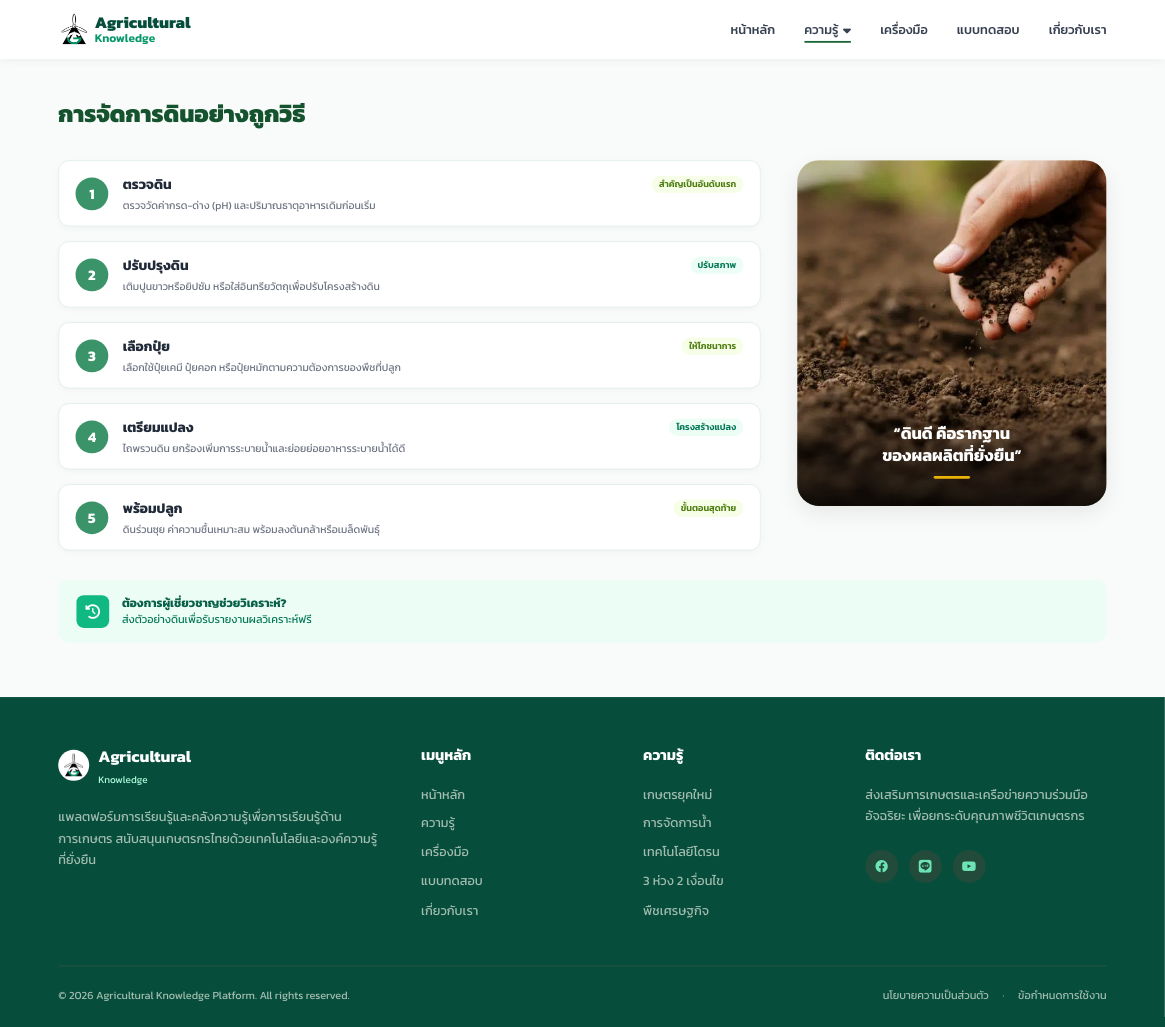
Repository: nuwat-wa/Project-WebdesignAG
Page: ag9.html
These files come from the project's save history. The page is drawn as it stood at one moment and after the next save; the edit follows.
The browser window is 1280 px wide. The pictures show the whole page, at 91% of full size.

Above is the page before, as saved 2026-10-03 21:56:23.

### ag9.html
<!doctype html>
<html lang="th">
  <head>
    <meta charset="UTF-8" />
    <meta name="viewport" content="width=device-width, initial-scale=1.0" />

    <title>การจัดการดินอย่างถูกวิธี - Agricultural Knowledge</title>

    <link
      rel="stylesheet"
      href="https://fonts.googleapis.com/css2?family=Kanit:wght@300;400;500;600;700;800&display=swap"
    />

    <link
      rel="stylesheet"
      href="https://cdnjs.cloudflare.com/ajax/libs/font-awesome/6.4.0/css/all.min.css"
    />

    <link rel="stylesheet" href="style/ag9.css" />
  </head>

  <body>
    <header class="header">
      <div class="logo">
        <div class="logo-icon">
          <img src="/img/icon.png" alt="icon" />
        </div>
        <div class="brand-text">
          <h1 class="title">Agricultural</h1>
          <span class="subtitle">Knowledge</span>
        </div>
      </div>

      <input type="checkbox" id="menu-toggle" class="menu-toggle" />

      <label for="menu-toggle" class="hamburger">
        <span></span>
        <span></span>
        <span></span>
      </label>

      <nav class="nav-links">
        <a href="index.html">หน้าหลัก</a>

        <div class="dropdown-hover">
          <a href="#" class="dropdown-btn active"
            >ความรู้ <i class="fa-solid fa-caret-down"></i
          ></a>

          <div class="menu-level1">
            <!-- มือใหม่ -->
            <div class="menu-item-has-children">
              <a href="#">มือใหม่ <i class="fa-solid fa-caret-right"></i></a>
              <div class="menu-level2">
                <a href="ag4.html">เกษตรสมัยใหม่</a>
                <a href="ag5.html">ปลูกข้าว</a>
                <a href="ag6.html">พืชสวน</a>
                <a href="ag7.html">พืชไร่</a>
                <a href="ag8.html">ปลูกผัก</a>
                <a href="ag9.html">การเตรียมดิน</a>
                <a href="#">การเลือกปุ๋ย</a>
                <a href="#">โรคศัตรูพืช</a>
              </div>
            </div>

            <!-- ผู้มีพื้นฐาน -->
            <div class="menu-item-has-children">
              <a href="#"
                >ผู้มีพื้นฐาน <i class="fa-solid fa-caret-right"></i
              ></a>
              <div class="menu-level2">
                <a href="#">เทคโนโลยีการเกษตร</a>
                <a href="#">การวางแผนการผลิต</a>
                <a href="#">AI / Big Data</a>
                <a href="ag10.html">ระบบน้ำอัจฉริยะ</a>
                <a href="#">การจัดการต้นทุน</a>
              </div>
            </div>

            <a href="ag3.html">หลักการพอเพียง</a>
            <a href="#">เรื่องเล่า</a>
            <a href="#">บทความ</a>
          </div>
        </div>

        <a href="#">เครื่องมือ</a>
        <a href="#">แบบทดสอบ</a>
        <a href="ag2.html">เกี่ยวกับเรา</a>
      </nav>
    </header>

    <!-- main -->
    <main class="main-content">
      <div class="container">
        <div class="content-card">
          <h1 class="main-title">การจัดการดินอย่างถูกวิธี</h1>

          <div class="grid-layout">
            <!-- steps -->
            <div class="steps-timeline">
              <div class="step-item">
                <div class="step-number num-green">1</div>

                <div class="step-box">
                  <div class="step-header">
                    <h3 class="step-title">ตรวจดิน</h3>
                    <span class="step-badge badge-light-green">
                      สำคัญเป็นอันดับแรก
                    </span>
                  </div>

                  <p class="step-desc">
                    ตรวจวัดค่ากรด-ด่าง (pH) และปริมาณธาตุอาหารเดิมก่อนเริ่ม
                  </p>
                </div>
              </div>

              <div class="step-item">
                <div class="step-number num-green">2</div>

                <div class="step-box">
                  <div class="step-header">
                    <h3 class="step-title">ปรับปรุงดิน</h3>
                    <span class="step-badge badge-green"> ปรับสภาพ </span>
                  </div>

                  <p class="step-desc">
                    เติมปูนขาวหรือยิปซัม
                    หรือใส่อินทรียวัตถุเพื่อปรับโครงสร้างดิน
                  </p>
                </div>
              </div>

              <div class="step-item">
                <div class="step-number num-green">3</div>

                <div class="step-box">
                  <div class="step-header">
                    <h3 class="step-title">เลือกปุ๋ย</h3>
                    <span class="step-badge badge-light-green"> ให้โภชนาการ </span>
                  </div>

                  <p class="step-desc">
                    เลือกใช้ปุ๋ยเคมี ปุ๋ยคอก
                    หรือปุ๋ยหมักตามความต้องการของพืชที่ปลูก
                  </p>
                </div>
              </div>

              <div class="step-item">
                <div class="step-number num-green">4</div>

                <div class="step-box">
                  <div class="step-header">
                    <h3 class="step-title">เตรียมแปลง</h3>
                    <span class="step-badge badge-green"> โครงสร้างแปลง </span>
                  </div>

                  <p class="step-desc">
                    ไถพรวนดิน
                    ยกร้องเพิ่มการระบายน้ำและย่อยย่อยอาหารระบายน้ำได้ดี
                  </p>
                </div>
              </div>

              <div class="step-item">
                <div class="step-number num-green">5</div>

                <div class="step-box">
                  <div class="step-header">
                    <h3 class="step-title">พร้อมปลูก</h3>
                    <span class="step-badge badge-light-green">
                      ขั้นตอนสุดท้าย
                    </span>
                  </div>

                  <p class="step-desc">
                    ดินร่วนซุย ค่าความชื้นเหมาะสม พร้อมลงต้นกล้าหรือเมล็ดพันธุ์
                  </p>
                </div>
              </div>
            </div>

            <!-- image -->
            <div class="image-banner">
              <img src="img/dinn.png" alt="การจัดการดิน" />

              <div class="banner-overlay">
                <p class="banner-quote">
                  “ดินดี คือรากฐาน<br />
                  ของผลผลิตที่ยั่งยืน”
                </p>

                <div class="quote-line"></div>
              </div>
            </div>
          </div>

          <!-- callout -->
          <div class="callout-banner">
            <div class="callout-icon">
              <i class="fa-solid fa-clock-rotate-left"></i>
            </div>

            <div class="callout-text">
              <strong class="callout-title">
                ต้องการผู้เชี่ยวชาญช่วยวิเคราะห์?
              </strong>

              <span class="callout-sub">
                ส่งตัวอย่างดินเพื่อรับรายงานผลวิเคราะห์ฟรี
              </span>
            </div>
          </div>
        </div>
      </div>
    </main>

    <!-- footer -->
    <footer class="site-footer">
      <div class="footer-top">
        <div class="footer-about">
          <div class="footer-logo">
            <span class="footer-logo-icon"
              ><img src="img/icon.png" alt="icon"
            /></span>

            <div>
              <strong>Agricultural</strong>
              <small>Knowledge</small>
            </div>
          </div>

          <p>
            แพลตฟอร์มการเรียนรู้และคลังความรู้เพื่อการเรียนรู้ด้านการเกษตร
            สนับสนุนเกษตรกรไทยด้วยเทคโนโลยีและองค์ความรู้ที่ยั่งยืน
          </p>
        </div>

        <div class="footer-column">
          <h3>เมนูหลัก</h3>

          <ul>
            <li><a href="home.html">หน้าหลัก</a></li>
            <li><a href="knowledge.html">ความรู้</a></li>
            <li><a href="tools.html">เครื่องมือ</a></li>
            <li><a href="quiz.html">แบบทดสอบ</a></li>
            <li><a href="about.html">เกี่ยวกับเรา</a></li>
          </ul>
        </div>

        <div class="footer-column">
          <h3>ความรู้</h3>

          <ul>
            <li><a href="modern-farming.html">เกษตรยุคใหม่</a></li>
            <li><a href="water.html">การจัดการน้ำ</a></li>
            <li><a href="drone.html">เทคโนโลยีโดรน</a></li>
            <li><a href="sufficiency.html">3 ห่วง 2 เงื่อนไข</a></li>
            <li><a href="crops.html">พืชเศรษฐกิจ</a></li>
          </ul>
        </div>

        <div class="footer-contact">
          <h3>ติดต่อเรา</h3>

          <p>
            ส่งเสริมการเกษตรและเครือข่ายความร่วมมืออัจฉริยะ
            เพื่อยกระดับคุณภาพชีวิตเกษตรกร
          </p>

          <div class="footer-social">
            <a href="#" aria-label="Facebook"
              ><i class="fa-brands fa-facebook"></i
            ></a>
            <a href="#" class="social-line" aria-label="LINE"
              ><i class="fa-brands fa-line"></i
            ></a>
            <a href="#" aria-label="YouTube"
              ><i class="fa-brands fa-youtube"></i
            ></a>
          </div>
        </div>
      </div>

      <div class="footer-bottom">
        <p>© 2026 Agricultural Knowledge Platform. All rights reserved.</p>

        <div class="footer-policy">
          <a href="privacy.html">นโยบายความเป็นส่วนตัว</a>
          <span>·</span>
          <a href="terms.html">ข้อกำหนดการใช้งาน</a>
        </div>
      </div>
    </footer>
  </body>
</html>

### style/ag9.css
@import url("https://fonts.googleapis.com/css2?family=Kanit:wght@300;400;500;600;700;800&display=swap");

* {
  margin: 0;
  padding: 0;
  box-sizing: border-box;
  font-family: "Kanit", sans-serif;
}

html {
  scroll-behavior: smooth;
  scrollbar-width: none;
}

html::-webkit-scrollbar {
  display: none;
}

body {
  background: #f8fbf9;
  color: #111827;
  overflow-x: hidden;
}

/* header */
.header {
  position: fixed;
  top: 0;
  left: 0;
  z-index: 1000;
  width: 100%;
  height: 65px;
  padding: 0 5%;
  background: #fff;
  display: flex;
  align-items: center;
  justify-content: space-between;
  box-shadow: 0 2px 10px rgba(0, 0, 0, 0.05);
}

.logo {
  display: flex;
  align-items: center;
  gap: 5px;
}

.logo-icon img {
  width: 35px;
  height: 35px;
  display: flex;
  align-items: center;
  justify-content: center;
}

.brand-text {
  display: flex;
  flex-direction: column;
}

.title {
  color: #064e3b;
  font-size: 18px;
  font-weight: 800;
  line-height: 0.95;
}

.subtitle {
  margin-top: 2px;
  color: #059669;
  font-size: 13px;
  font-weight: 600;
  line-height: 1.1;
}

/* nav */
.nav-links {
  display: grid;
  grid-template-columns: repeat(5, auto);
  align-items: center;
  justify-content: end;
  gap: 32px;
}

.nav-links > a,
.dropdown-btn {
  position: relative;
  display: inline-flex;
  align-items: center;
  justify-content: center;
  gap: 5px;
  margin: 0;
  padding: 4px 0;
  border: 0;
  background: none;
  color: #374151;
  text-decoration: none;
  font-family: "Kanit", sans-serif;
  font-size: 14px;
  font-weight: 500;
  white-space: nowrap;
  cursor: pointer;
  transition: color 0.2s;
}

.nav-links > a::after,
.dropdown-btn::after {
  content: "";
  position: absolute;
  left: 0;
  bottom: 0;
  width: 100%;
  height: 2px;
  background: #196738;
  transform: scaleX(0);
  transform-origin: center;
  transition: transform 0.2s ease;
}

.nav-links > a:hover,
.nav-links > a.active,
.dropdown-btn:hover {
  color: #2d6a4f;
}

.nav-links > a:hover::after,
.nav-links > a.active::after,
.dropdown-btn:hover::after {
  transform: scaleX(1);
}

.dropdown-hover .dropdown-btn.active::after {
  transform: scaleX(1);
}

/* dropdown */
.dropdown-hover {
  position: relative;
}

.menu-level1,
.menu-level2 {
  position: absolute;
  display: none;
  min-width: 180px;
  padding: 0;
  background: #fff;
  border-radius: 8px;
  box-shadow: 0 4px 12px rgba(0, 0, 0, 0.15);
}

.menu-level1 {
  top: 100%;
  left: 0;
  border-left: 4px solid #2d6a4f;
}

.menu-level2 {
  top: 0;
  left: 100%;
  border-left: 4px solid #28a745;
}

.dropdown-hover:hover > .menu-level1,
.menu-item-has-children:hover > .menu-level2 {
  display: block;
}

.menu-item-has-children {
  position: relative;
}

.menu-level1 a,
.menu-level2 a {
  width: 100%;
  margin: 0 !important;
  padding: 10px 20px !important;
  display: flex !important;
  align-items: center;
  justify-content: space-between;
  color: #333;
  text-decoration: none;
  border-radius: 8px;
}

.menu-level1 a:hover,
.menu-level2 a:hover {
  background: #f0f4f8;
  color: #2d6a4f;
}

/* mobile menu */
.menu-toggle {
  display: none;
}

.hamburger {
  display: none;
}

/* main */
.main-content {
  width: 100%;
  padding: 105px 5% 60px;
}

.container {
  width: 100%;
  margin: 0;
}

/* ไม่มีกล่องขาวแล้ว: เนื้อหาวางบนพื้นหลังเพจโดยตรง */
.content-card {
  width: 100%;
}

.main-title {
  margin-bottom: 32px;
  color: #14532d;
  font-size: 26px;
  font-weight: 800;
}

/* content grid */
.grid-layout {
  display: grid;
  grid-template-columns: minmax(0, 1fr) 340px;
  gap: 40px;
  align-items: start;
}

/* steps */
.steps-timeline {
  display: flex;
  flex-direction: column;
  gap: 16px;
}

.step-item {
  display: flex;
  align-items: center;
  gap: 16px;
  padding: 14px 18px;
  background: #fff;
  border: 1px solid #e3efe7;
  border-radius: 12px;
  box-shadow: 0 2px 8px rgba(0, 0, 0, 0.03);
}

.step-number {
  width: 36px;
  height: 36px;
  flex-shrink: 0;
  border-radius: 50%;
  color: #fff;
  display: flex;
  align-items: center;
  justify-content: center;
  font-size: 16px;
  font-weight: 700;
}

.num-green {
  background: #3b9369;
}

.step-box {
  flex: 1;
  min-width: 0;
}

.step-header {
  display: flex;
  align-items: center;
  justify-content: space-between;
  gap: 10px;
  margin-bottom: 4px;
}

.step-title {
  color: #1f2937;
  font-size: 15px;
  font-weight: 700;
}

.step-badge {
  padding: 2px 8px;
  border-radius: 10px;
  font-size: 10px;
  font-weight: 600;
  white-space: nowrap;
}

.badge-light-green {
  background: #f7fee7;
  color: #4d7c0f;
}

.badge-green {
  background: #ecfdf5;
  color: #047857;
}

.step-desc {
  color: #6b7280;
  font-size: 11.5px;
  line-height: 1.4;
}

/* image */
.image-banner {
  position: relative;
  width: 100%;
  height: 380px;
  overflow: hidden;
  border-radius: 24px;
  box-shadow: 0 8px 24px rgba(0, 0, 0, 0.08);
}

.image-banner img {
  width: 100%;
  height: 100%;
  display: block;
  object-fit: cover;
}

.banner-overlay {
  position: absolute;
  right: 0;
  bottom: 0;
  left: 0;
  padding: 30px 24px;
  background: linear-gradient(to top, rgba(0, 0, 0, 0.8), rgba(0, 0, 0, 0));
  display: flex;
  flex-direction: column;
  align-items: center;
  text-align: center;
}

.banner-quote {
  color: #fff;
  font-size: 18px;
  font-weight: 700;
  line-height: 1.4;
}

.quote-line {
  width: 40px;
  height: 3px;
  margin-top: 10px;
  border-radius: 2px;
  background: #eab308;
}

/* callout */
.callout-banner {
  margin-top: 32px;
  padding: 16px 20px;
  display: flex;
  align-items: center;
  gap: 14px;
  background: #ecfdf5;
  border-radius: 12px;
}

.callout-icon {
  width: 36px;
  height: 36px;
  flex-shrink: 0;
  border-radius: 8px;
  background: #10b981;
  color: #fff;
  display: flex;
  align-items: center;
  justify-content: center;
}

.callout-text {
  display: flex;
  flex-direction: column;
}

.callout-title {
  color: #065f46;
  font-size: 13px;
  font-weight: 700;
}

.callout-sub {
  color: #047857;
  font-size: 12px;
}

/* footer */
.site-footer {
  width: 100%;
  padding: 50px 5% 25px;
  background: #064e3b;
  color: #a4bdb0;
  font-size: 14px;
  line-height: 1.7;
}

.site-footer a {
  color: #a4bdb0;
  text-decoration: none;
}

.site-footer a:hover {
  color: #65dfb0;
}

.footer-top,
.footer-bottom {
  width: 100%;
  margin: 0;
}

.footer-top {
  display: flex;
  justify-content: space-between;
  gap: 45px;
}

.footer-about {
  flex: 1.6;
}

.footer-column {
  flex: 0.9;
}

.footer-contact {
  flex: 1.2;
}

.footer-logo {
  display: flex;
  align-items: center;
  gap: 10px;
  margin-bottom: 20px;
}

.footer-logo-icon {
  width: 34px;
  height: 34px;
  display: flex;
  align-items: center;
  justify-content: center;
  background: white;
  border-radius: 50%;
  font-size: 20px;
}

.footer-logo-icon img {
  width: 26px;
  height: 26px;
  display: flex;
  align-items: center;
  justify-content: center;
}

.footer-logo strong {
  display: block;
  color: white;
  font-size: 18px;
}

.footer-logo small {
  display: block;
  color: #b3ffe1;
  font-size: 11px;
}

.site-footer h3 {
  margin-bottom: 18px;
  color: #fff;
  font-size: 16px;
}

.site-footer ul {
  padding: 0;
  list-style: none;
}

.site-footer li {
  margin-bottom: 8px;
}

.footer-social {
  display: flex;
  gap: 12px;
  margin-top: 25px;
}

.footer-social a {
  width: 36px;
  height: 36px;
  border-radius: 50%;
  background: #224b3b;
  color: #6ce4b6 !important;
  display: flex;
  align-items: center;
  justify-content: center;
}

.footer-bottom {
  display: flex;
  align-items: center;
  justify-content: space-between;
  gap: 20px;
  margin-top: 40px;
  padding-top: 22px;
  border-top: 1px solid #2b5140;
  font-size: 12px;
}

.footer-policy {
  display: flex;
  gap: 15px;
}

/* responsive */
@media (max-width: 768px) {

  .header {
    height: 60px;
    padding: 0 5%;
  }

  .logo {
    gap: 5px;
  }

  .logo-icon img {
    width: 30px;
    height: 30px;
  }

  .title {
    font-size: 15px;
  }

  .subtitle {
    margin-top: 1px;
    font-size: 10px;
  }

  .hamburger {
    display: flex;
    width: 28px;
    height: 22px;
    cursor: pointer;
    flex-direction: column;
    justify-content: space-between;
  }

  .hamburger span {
    width: 100%;
    height: 2px;
    border-radius: 3px;
    background: #194028;
  }

  .nav-links {
    position: absolute;
    top: 60px;
    left: 0;
    right: 0;
    width: 100%;
    padding: 12px 5%;
    display: none;
    flex-direction: column;
    align-items: stretch;
    justify-content: flex-start;
    gap: 0;
    background: #ffffff;
    box-shadow: 0 8px 20px rgba(0, 0, 0, 0.08);
  }

  .menu-toggle:checked ~ .nav-links {
    display: flex;
  }

  .nav-links > a,
  .dropdown-btn {
    width: 100%;
    min-height: 42px;
    margin: 0;
    padding: 11px 5px;
    display: flex;
    align-items: center;
    justify-content: space-between;
    font-size: 14px;
  }

  .nav-links > a::after,
  .dropdown-btn::after {
    display: none;
  }

  .dropdown-hover {
    width: 100%;
  }

  .menu-level1,
  .menu-level2 {
    position: static;
    width: 100%;
    min-width: 0;
    padding: 0;
    border-radius: 0;
    box-shadow: none;
  }

  .menu-level1 {
    background: #f8faf9;
    border-left: 3px solid #2d6a4f;
  }

  .menu-level2 {
    background: #ffffff;
    border-left: 3px solid #28a745;
  }

  .dropdown-hover:hover > .menu-level1,
  .menu-item-has-children:hover > .menu-level2 {
    display: block;
  }

  .menu-level1 a,
  .menu-level2 a {
    width: 100%;
    min-height: 40px;
    padding: 9px 15px !important;
    font-size: 13px;
  }

  .main-content {
    width: 100%;
    padding: 90px 5% 45px;
  }

  .container {
    width: 100%;
    margin: 0;
  }

  .main-title {
    margin-bottom: 24px;
    font-size: 24px;
    line-height: 1.3;
  }

  .grid-layout {
    display: flex;
    flex-direction: column;
    gap: 24px;
  }

  .image-banner {
    order: 1;
    width: 100%;
    height: 300px;
    border-radius: 18px;
  }

  .steps-timeline {
    order: 2;
    width: 100%;
  }

  .step-item {
    width: 100%;
    align-items: flex-start;
    gap: 12px;
    padding: 14px;
  }

  .step-header {
    display: flex;
    align-items: flex-start;
    flex-direction: column;
    gap: 5px;
  }

  .step-title {
    font-size: 14px;
  }

  .step-desc {
    font-size: 11.5px;
    line-height: 1.5;
  }

  .step-badge {
    font-size: 10px;
  }

  .banner-overlay {
    padding: 24px 18px;
  }

  .banner-quote {
    font-size: 16px;
    line-height: 1.5;
  }

  .quote-line {
    width: 35px;
    margin-top: 8px;
  }

  .callout-banner {
    margin-top: 24px;
    padding: 14px 16px;
    gap: 10px;
  }

  .callout-icon {
    width: 34px;
    height: 34px;

    flex-shrink: 0;
  }

  .callout-title {
    font-size: 12px;
  }

  .callout-sub {
    font-size: 11px;
  }

  .site-footer {
    padding: 35px 5% 20px;

    font-size: 12px;
  }

  .footer-top {
    width: 100%;

    display: flex;
    flex-direction: column;

    gap: 28px;
  }

  .footer-about,
  .footer-column,
  .footer-contact {
    width: 100%;
    flex: none;
  }

  .footer-logo {
    gap: 8px;
    margin-bottom: 14px;
  }

  .footer-logo-icon {
    width: 32px;
    height: 32px;
  }

  .footer-logo-icon img {
    width: 24px;
    height: 24px;
  }

  .footer-logo strong {
    font-size: 16px;
  }

  .footer-logo small {
    font-size: 10px;
  }

  .site-footer h3 {
    margin-bottom: 10px;

    font-size: 14px;
  }

  .site-footer li {
    margin-bottom: 5px;
  }

  .footer-social {
    display: flex;
    gap: 10px;
    margin-top: 18px;
  }

  .footer-social a {
    width: 34px;
    height: 34px;
    font-size: 14px;
  }

  .footer-bottom {
    width: 100%;

    display: flex;
    flex-direction: column;
    align-items: flex-start;
    gap: 12px;
    margin-top: 28px;
    padding-top: 16px;
    font-size: 10px;
  }

  .footer-policy {
    display: flex;
    flex-wrap: wrap;
    gap: 10px;
  }
}

After the next save:
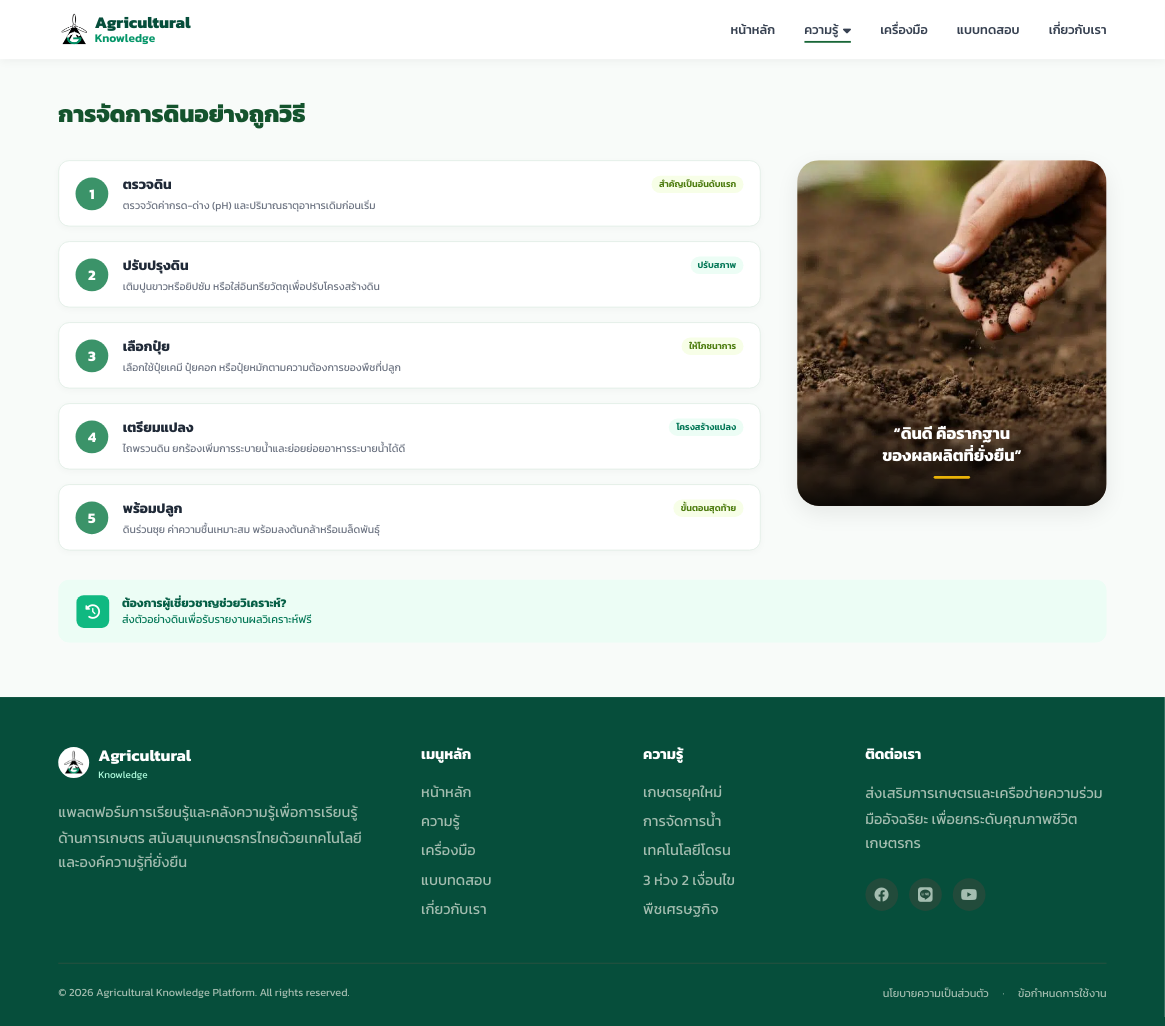
Saved 10 s later.
--- a/style/ag9.css
+++ b/style/ag9.css
@@ -396,41 +396,13 @@ body {
   padding: 50px 5% 25px;
   background: #064e3b;
   color: #a4bdb0;
-  font-size: 14px;
-  line-height: 1.7;
-}
-
-.site-footer a {
-  color: #a4bdb0;
-  text-decoration: none;
-}
-
-.site-footer a:hover {
-  color: #65dfb0;
-}
-
-.footer-top,
-.footer-bottom {
-  width: 100%;
-  margin: 0;
 }
 
 .footer-top {
-  display: flex;
-  justify-content: space-between;
+  width: 100%;
+  display: grid;
+  grid-template-columns: 1.6fr 0.9fr 0.9fr 1.2fr;
   gap: 45px;
-}
-
-.footer-about {
-  flex: 1.6;
-}
-
-.footer-column {
-  flex: 0.9;
-}
-
-.footer-contact {
-  flex: 1.2;
 }
 
 .footer-logo {
@@ -459,14 +431,17 @@ body {
   justify-content: center;
 }
 
+.footer-logo strong,
+.footer-logo small {
+  display: block;
+}
+
 .footer-logo strong {
-  display: block;
   color: white;
   font-size: 18px;
 }
 
 .footer-logo small {
-  display: block;
   color: #b3ffe1;
   font-size: 11px;
 }
@@ -477,6 +452,11 @@ body {
   font-size: 16px;
 }
 
+.site-footer p {
+  margin: 0;
+  line-height: 1.7;
+}
+
 .site-footer ul {
   padding: 0;
   list-style: none;
@@ -486,6 +466,15 @@ body {
   margin-bottom: 8px;
 }
 
+.site-footer a {
+  color: #a4bdb0;
+  text-decoration: none;
+}
+
+.site-footer a:hover {
+  color: #65dfb0;
+}
+
 .footer-social {
   display: flex;
   gap: 12px;
@@ -495,22 +484,22 @@ body {
 .footer-social a {
   width: 36px;
   height: 36px;
+  background: #224b3b;
   border-radius: 50%;
-  background: #224b3b;
-  color: #6ce4b6 !important;
   display: flex;
   align-items: center;
   justify-content: center;
 }
 
 .footer-bottom {
-  display: flex;
-  align-items: center;
-  justify-content: space-between;
-  gap: 20px;
+  width: 100%;
   margin-top: 40px;
   padding-top: 22px;
   border-top: 1px solid #2b5140;
+  display: flex;
+  align-items: center;
+  justify-content: space-between;
+  gap: 20px;
   font-size: 12px;
 }
 
